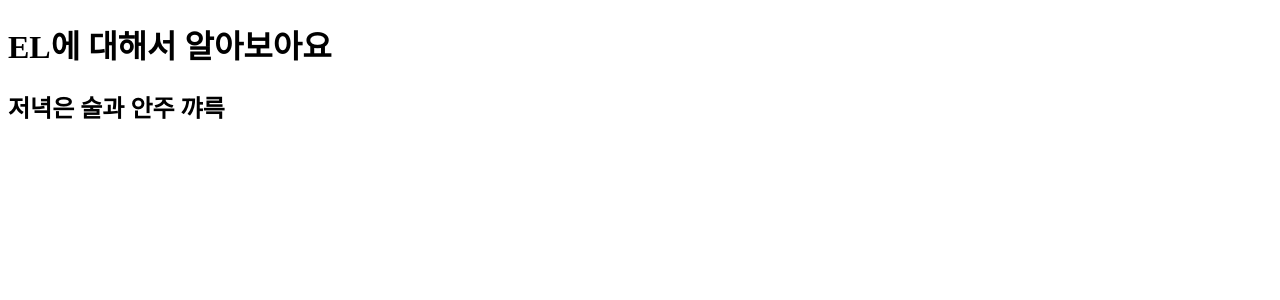
Repository: shashak23/spring_workspace
Page: springweb/src/main/webapp/resources/sample01/testController08.html
The author's editor kept a copy of each file at every save. The page is drawn from the files as they stood at one save, then again after the next save.
The browser window is 1280 px wide. The pictures show the whole page.

Above is the page before, as saved 2023-02-24 05:02:54.

After the next save:
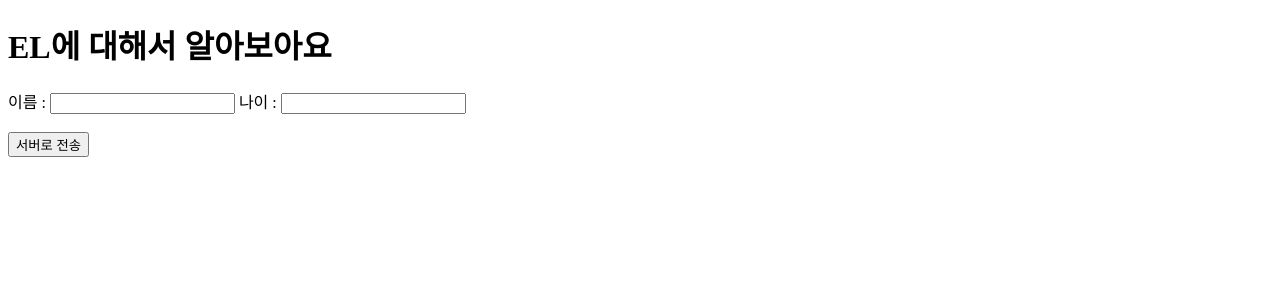
Saved 2 min 22 s later.
--- a/springweb/src/main/webapp/resources/sample01/testController08.html
+++ b/springweb/src/main/webapp/resources/sample01/testController08.html
@@ -6,6 +6,10 @@
 </head>
 <body>
 	<h1>EL에 대해서 알아보아요</h1>
-		<h2>저녁은 술과 안주 꺄륵</h2>
+	<form action="/springweb/testController08/useEL" method="post"></form>
+		이름 : <input type="test" name=userName>
+		나이 : <input type="number" name=userAge>
+		<br><br>
+		<input type="submit" value="서버로 전송">
 </body>
 </html>
